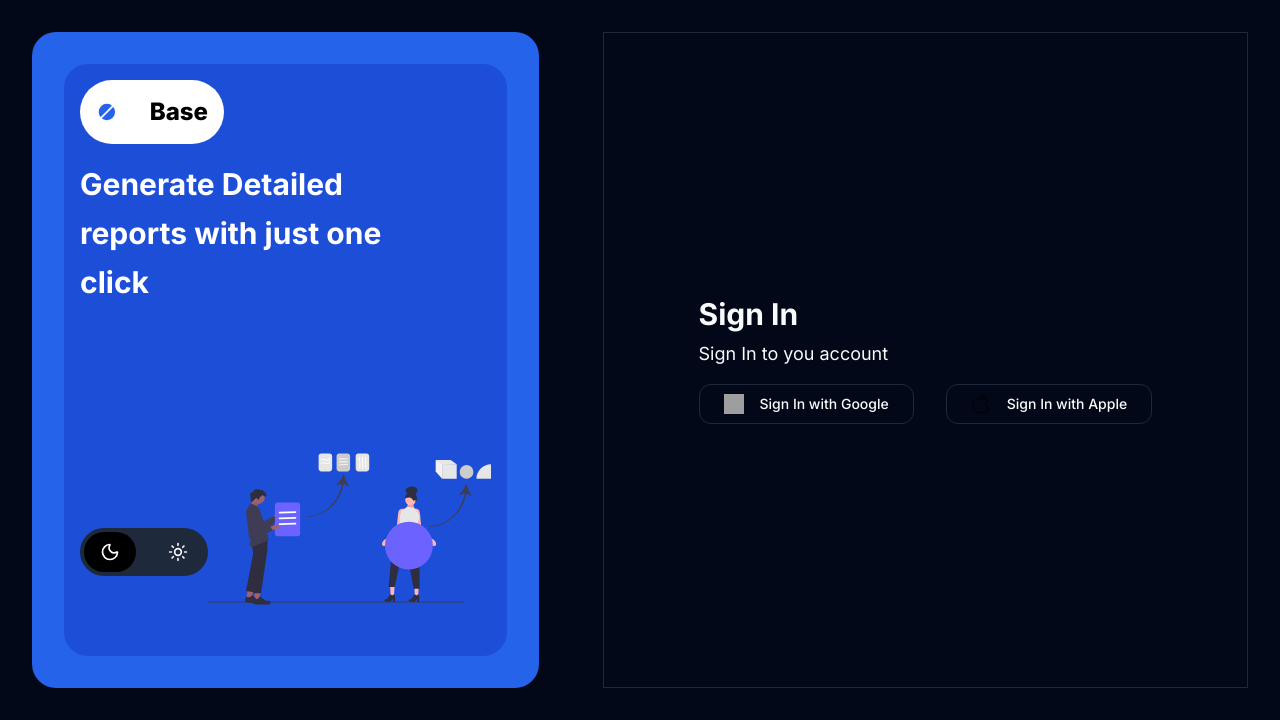
Repository: Hardyy00/openinapp_assignment
Page: /
These files come from the project's save history. The page is drawn as it stood at one moment and after the next save; the edit follows.
The browser window is 1280 px wide. The pictures show the whole page.
Pictures or frames that could not be fetched are drawn as grey boxes. The project was rebuilt for these pictures with package versions that can differ from the ones it lists, and the page was loaded fresh each time. The framework's server and built-in components were replaced by stand-ins that run in the browser. Also part of the build but not shown: next.config.mjs.

Above is the page before, as saved 2024-08-23 16:39:03.

After the next save:
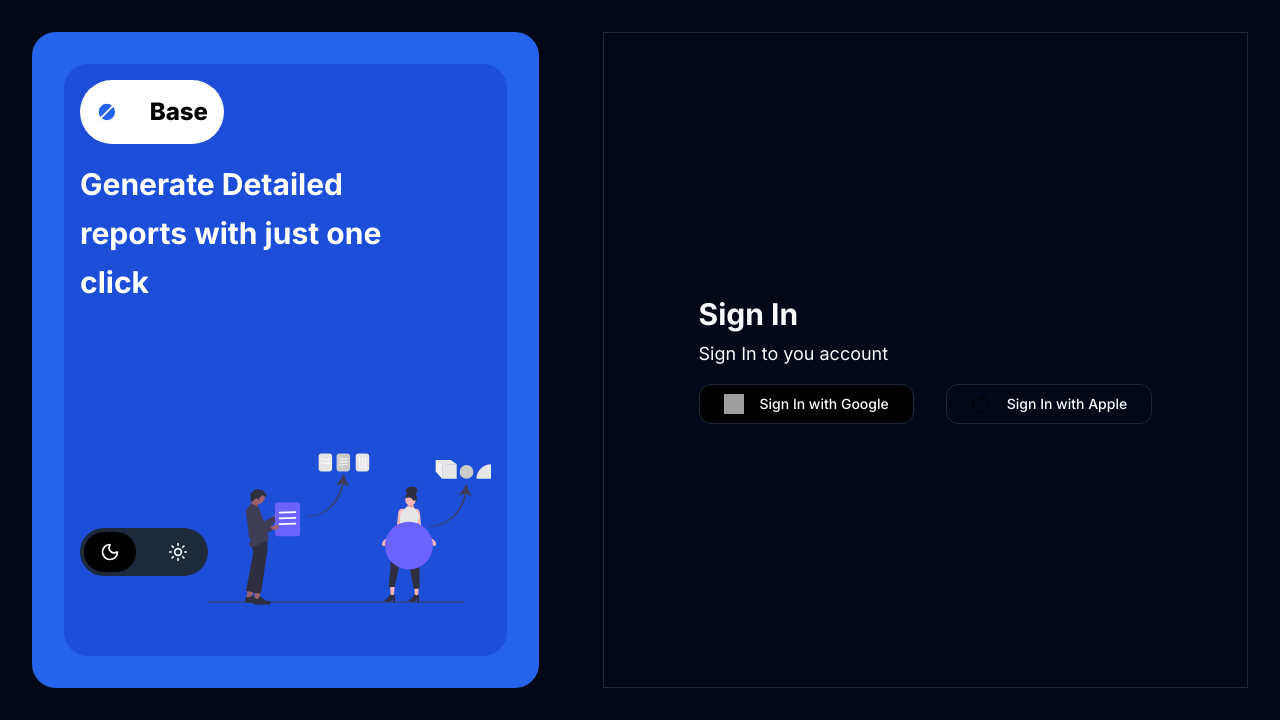
Saved 12 s later.
--- a/app/(auth)/page.tsx
+++ b/app/(auth)/page.tsx
@@ -13,7 +13,7 @@ export default function Page() {
 
           <div className="flex justify-between gap-x-8">
             <Button
-              className="flex items-center py-2 px-6 border space-x-4 rounded-xl"
+              className="flex items-center py-2 px-6 border space-x-4 rounded-xl bg-black"
               variant={"ghost"}
             >
               <div className="w-5 h-5 relative">
